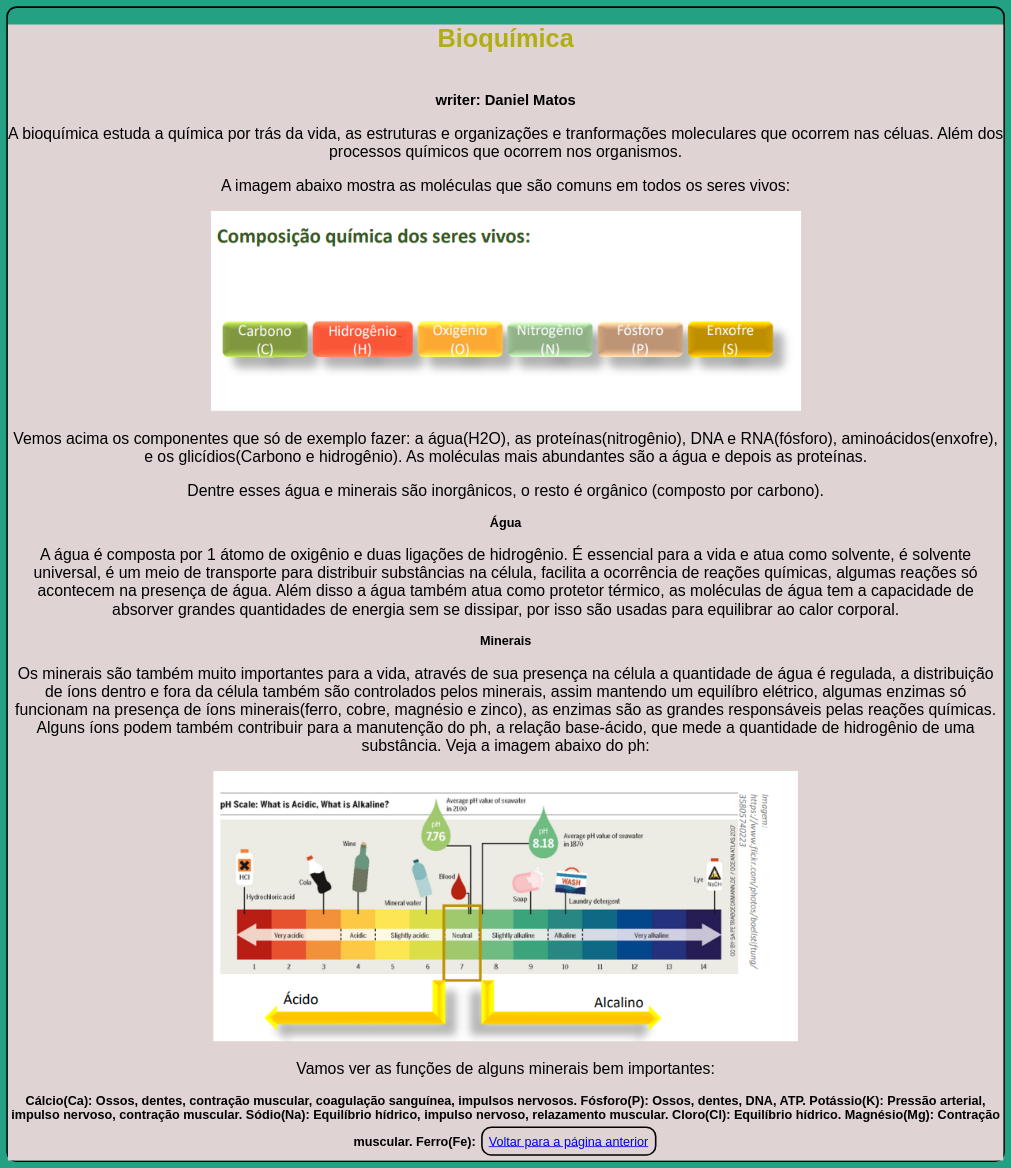
Repository: batmit/FutureFundation.github.io-1
Page: menu/articles/biologia/bioquimica.html
These files come from the project's save history. The page is drawn as it stood at one moment and after a run of saves; the edit follows.
The browser window is 1280 px wide. The pictures show the whole page, at 79% of full size.

Above is the page before, as saved 2021-09-22 18:11:15.

After the next 2 saves:
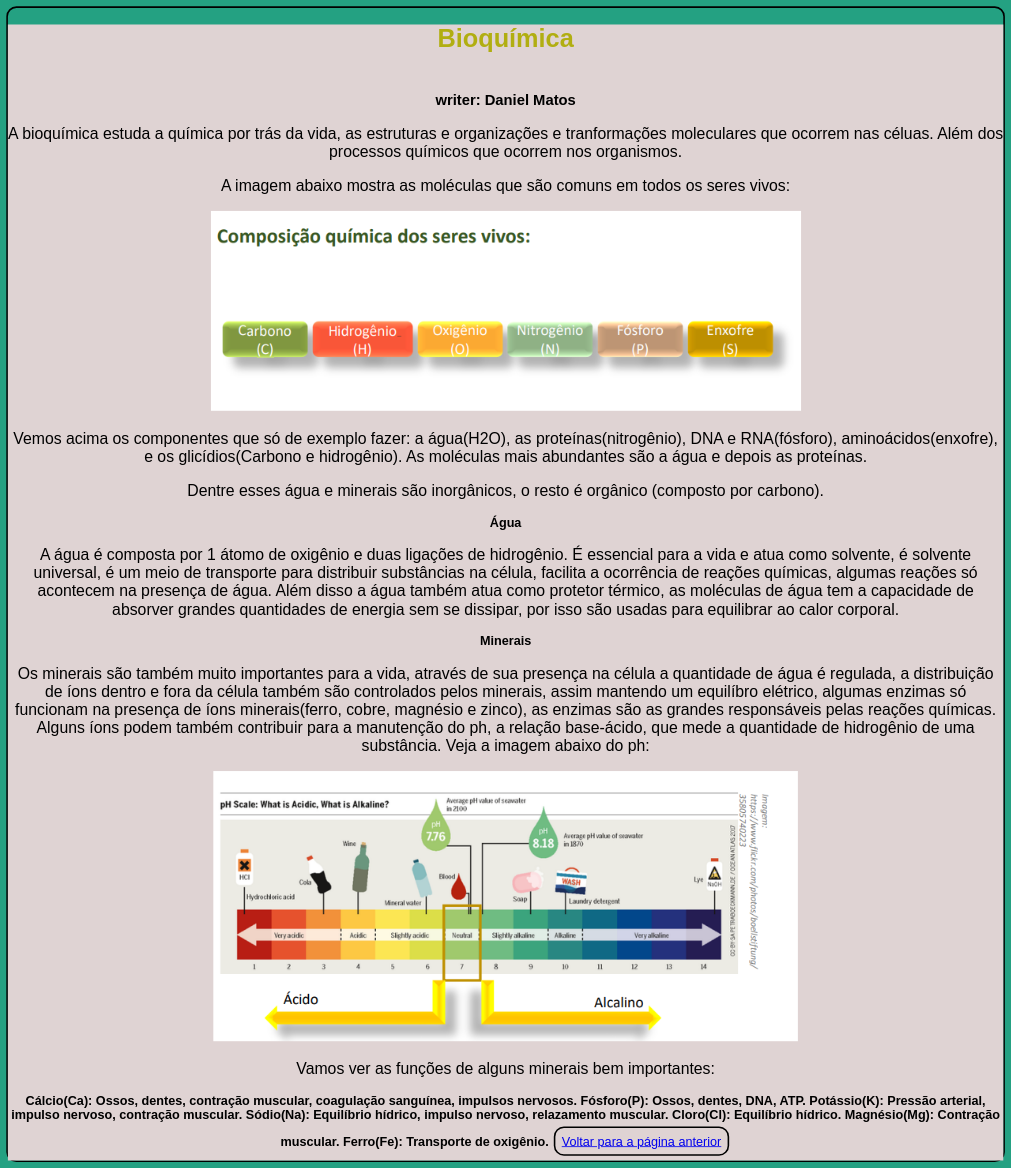
The 2 saves are shown as one change because they came seconds apart.
The last was saved 19 s later.
--- a/menu/articles/biologia/bioquimica.html
+++ b/menu/articles/biologia/bioquimica.html
@@ -38,7 +38,8 @@
         <strong>Sódio(Na): Equilíbrio hídrico, impulso nervoso, relazamento muscular.</strong>
         <strong>Cloro(Cl): Equilíbrio hídrico.</strong>
         <strong>Magnésio(Mg): Contração muscular.</strong>
-        <strong>Ferro(Fe): </strong>
+        <strong>Ferro(Fe): Transporte de oxigênio.</strong>
+        <strong></strong>
 
 
         <a href="./biologia.html">Voltar para a página anterior</a>
